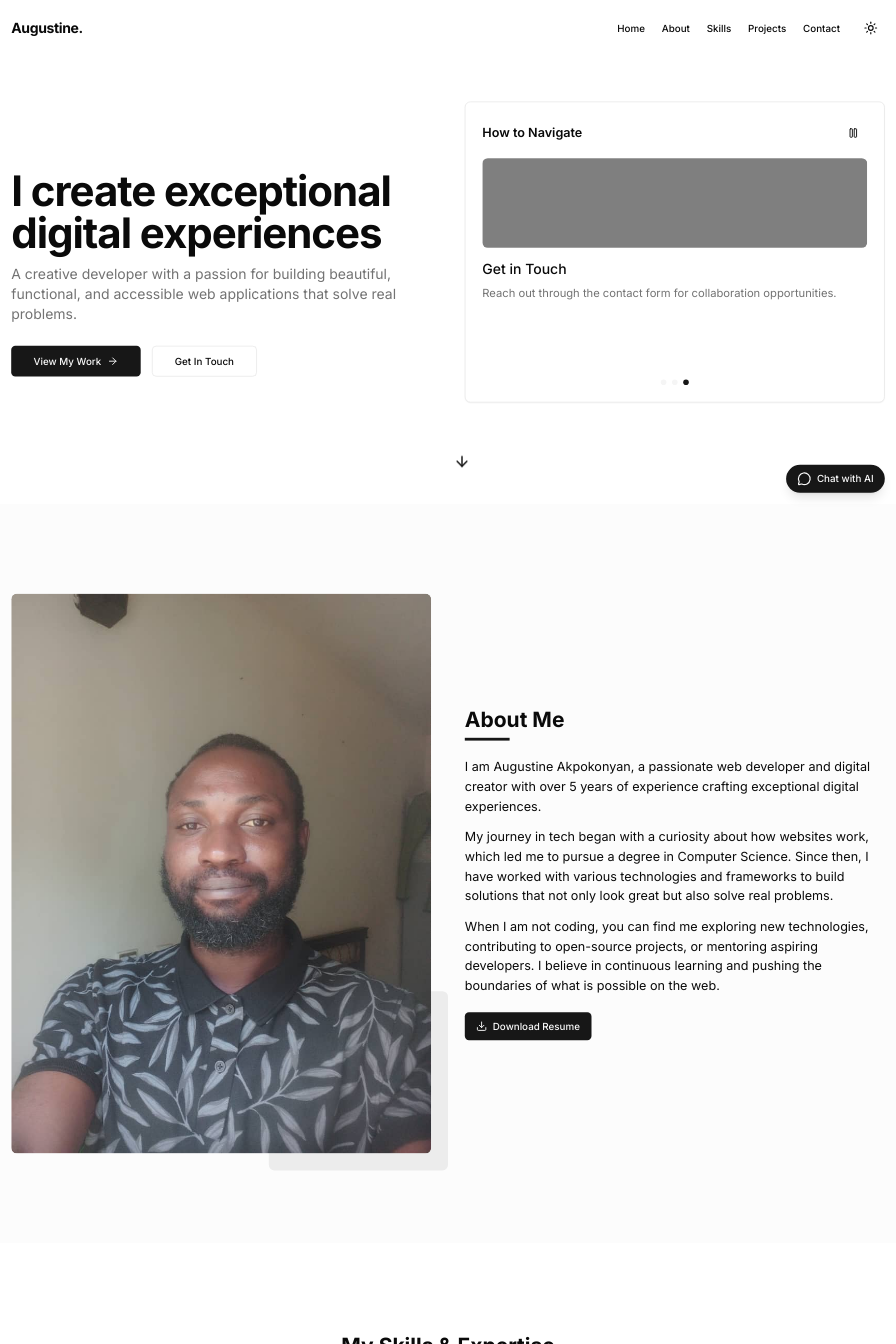
Repository: countaustin1990/AUSTIN-S-PORTFOLIO
Page: /
The author's editor kept a copy of each file at every save. The page is drawn from the files as they stood at one save, then again after the next save.
The browser window is 1280 px wide. The pictures show the part of the page from y = 0 to 1920 px (the page is 5574 px tall), at 70% of full size.
Pictures or frames that could not be fetched are drawn as grey boxes. The project was rebuilt for these pictures with package versions that can differ from the ones it lists, and the page was loaded fresh each time. The framework's server and built-in components were replaced by stand-ins that run in the browser. Also part of the build but not shown: next.config.js, components/ui/scroll-area.tsx.

Above is the page before, as saved 2025-08-19 15:44:25.

After the next save:
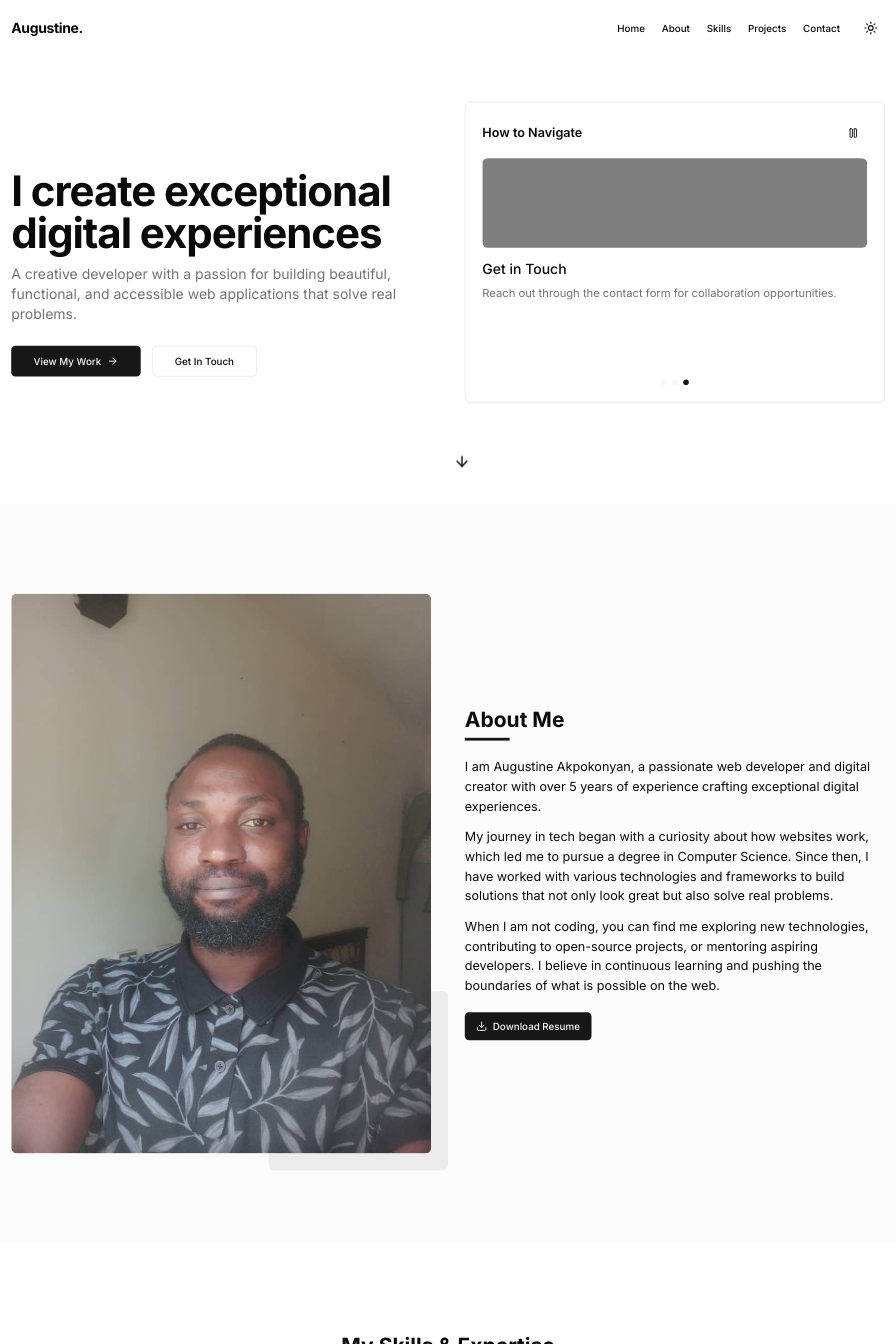
Saved 5 min 13 s later.
--- a/app/layout.tsx
+++ b/app/layout.tsx
@@ -3,7 +3,7 @@ import type { Metadata } from 'next';
 import { Inter } from 'next/font/google';
 import { ThemeProvider } from '@/components/ThemeProvider';
 import { Toaster } from "sonner";
-import Chatbot from '@/components/Chatbot';
+//import Chatbot from '@/components/Chatbot';
 
 const inter = Inter({ subsets: ['latin'] });
 
@@ -27,7 +27,7 @@ export default function RootLayout({
           disableTransitionOnChange
         >
           {children}
-          <Chatbot />
+          {/*<Chatbot />*/}
           <Toaster position="bottom-right" />
         </ThemeProvider>
       </body>
